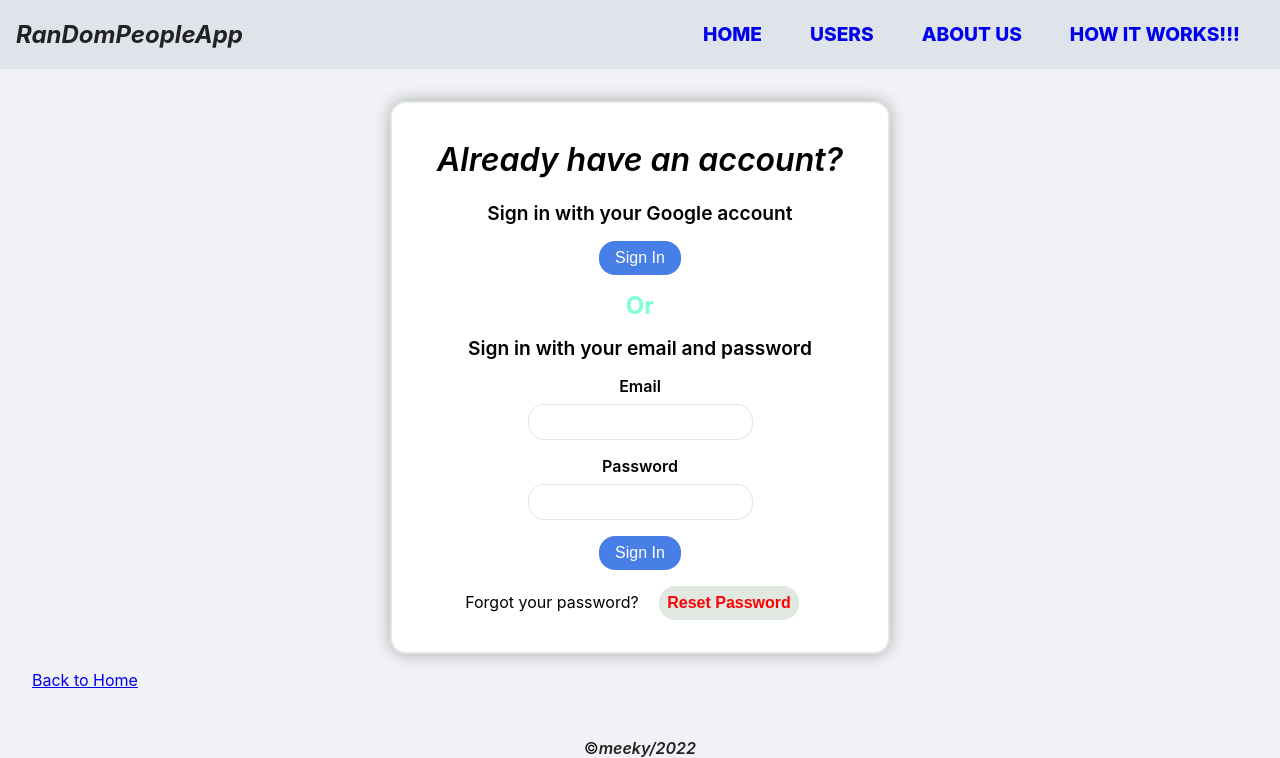
Repository: MikkyPrestige/RandomProfiles
Page: /profileDisplay
The author's editor kept a copy of each file at every save. The page is drawn from the files as they stood at one save, then again after the next save.
The browser window is 1280 px wide. The pictures show the whole page.
The page's requests for data from a server got no answer. The project was rebuilt for these pictures with package versions that can differ from the ones it lists, and the page was loaded fresh each time. Some packages were replaced by stand-ins written for this rebuild. No one was signed in, and anything a server would have sent is missing. Also part of the build but not shown: src/assets/styles/home.css, src/components/home.jsx, src/components/users.jsx, src/assets/styles/search.css, src/components/search.jsx, src/assets/styles/help.css, src/components/help.jsx, src/assets/styles/about.css and 8 more.

Above is the page before, as saved 2022-12-05 23:34:33.

### public/index.html
<!DOCTYPE html>
<html lang="en">

<head>
  <meta charset="utf-8" />
  <link rel="icon" href="%PUBLIC_URL%/favicon.ico" />
  <meta name="viewport" content="width=device-width, initial-scale=1" />
  <meta name="theme-color" content="#000000" />
  <meta name="description" content="Web site created using create-react-app" />
  <link rel="apple-touch-icon" href="%PUBLIC_URL%/logo192.png" />
  <!--
      manifest.json provides metadata used when your web app is installed on a
      user's mobile device or desktop. See https://developers.google.com/web/fundamentals/web-app-manifest/
    -->
  <link rel="manifest" href="%PUBLIC_URL%/manifest.json" />
  <!--
      Notice the use of %PUBLIC_URL% in the tags above.
      It will be replaced with the URL of the `public` folder during the build.
      Only files inside the `public` folder can be referenced from the HTML.

      Unlike "/favicon.ico" or "favicon.ico", "%PUBLIC_URL%/favicon.ico" will
      work correctly both with client-side routing and a non-root public URL.
      Learn how to configure a non-root public URL by running `npm run build`.
    -->
  <title>AltSchool Assignment 2</title>
</head>

<body>
  <noscript>You need to enable JavaScript to run this app.</noscript>
  <div id="root"></div>
  <!--
      This HTML file is a template.
      If you open it directly in the browser, you will see an empty page.

      You can add webfonts, meta tags, or analytics to this file.
      The build step will place the bundled scripts into the <body> tag.

      To begin the development, run `npm start` or `yarn start`.
      To create a production bundle, use `npm run build` or `yarn build`.
    -->
</body>

</html>

### src/index.css
body {
  margin: 0;
  font-family: -apple-system, BlinkMacSystemFont, 'Segoe UI', 'Roboto', 'Oxygen',
    'Ubuntu', 'Cantarell', 'Fira Sans', 'Droid Sans', 'Helvetica Neue',
    sans-serif;
  -webkit-font-smoothing: antialiased;
  -moz-osx-font-smoothing: grayscale;
  background-color: #f1f2f6;
}

code {
  font-family: source-code-pro, Menlo, Monaco, Consolas, 'Courier New',
    monospace;
}

### src/App.jsx
import * as React from "react";
import { ErrorBoundary } from "react-error-boundary";
import { Route, Routes } from "react-router-dom";
import {
  Layout,
  Home,
  Users,
  Search,
  Help,
  About,
  Error,
  ErrorFallBack,
  Profile,
  ProfileDisplay,
  Register,
  UpdatePassword,
  Footer,
} from "./components";

const App = () => {
  return (
    <div className="App">
      <main>
        <ErrorBoundary FallbackComponent={ErrorFallBack}>
          <Layout />
          <Routes>
            <Route path="/" element={<Home />} />
            <Route path="users">
              <Route index element={<Users />} />
              <Route path=":id" element={<Search />} />
            </Route>
            <Route path="profile" element={<Profile />} />
            <Route path="profileDisplay" element={<ProfileDisplay />} />
            <Route path="register" element={<Register />} />
            <Route path="update" element={<UpdatePassword />} />
            <Route path="help" element={<Help />} />
            <Route path="about" element={<About />} />
            <Route path="*" element={<Error />} />
          </Routes>
        </ErrorBoundary>
        <Footer />
      </main>
    </div>
  );
};

export default App;

### src/components/index.js
export {  Layout, Back } from "./layout";
export { default as Home } from "./home";
export { default as Users } from "./users";
export { default as Search } from "./search";
export { default as Help } from "./help";
export { default as About } from "./about";
export { default as Error } from "./error";
export { default as ErrorFallBack } from "./errorFallback";
export { default as Profile } from "./profile";
export { default as ProfileDisplay } from "./profileDisplay";
export { default as Register } from "./register";
export { default as UpdatePassword } from "./update";
export { Footer } from "./avatar";

### src/components/layout.jsx
// LAYOUT COMPONENT - This component is for the App Layout that displays the Navigation bar in the app UI to the user when app is open

import { useState } from "react";
import { NavLink } from "react-router-dom";
import "../assets/styles/layout.css";

const CustomNavLink = ({ to, ...props }) => {
  let activeStyle = {
    textDecoration: 'underline',
    color: 'red',
  };

  return (
    <NavLink
      style={({ isActive }) =>
        isActive ? activeStyle : { textDecoration: 'none' }
      }
      to={to}
      end
      {...props}
    />
  );
};


const Layout = () => {

  return (
    <nav className="layout">
      <div className="app-header">
        <h1>RanDomPeopleApp</h1>
      </div>
      <div className="nav__items">
        <CustomNavLink to="/" className="nav__item">Home</CustomNavLink>
        <CustomNavLink to="profile" className="nav__item">Users</CustomNavLink>
        <CustomNavLink to="about" className="nav__item">About us</CustomNavLink>
        <CustomNavLink to="help" className="nav__item">How it works!!!</CustomNavLink>
      </div>
    </nav>
  );
}

//  Navigate back home button
const Back = () => {
  const [isHover, setIsHover] = useState(false);

  const handleMouseEnter = () => {
    setIsHover(true);
 };

  const handleMouseLeave = () => {
    setIsHover(false);
  };

  const style = {
      border: "none",
      borderRadius: ".5rem",
      padding: " .5rem",
      fontSize: "1rem",
      fontWeight: "600",
      cursor: "pointer",
      backgroundColor: isHover ? 'lightblue' : 'rgb(0, 191, 255)',
      color: isHover ? '#f00' : 'green',
    }

  return(
  <NavLink
    to="/"
    className="back__button"
  >
    <button style={style}
      onMouseEnter={handleMouseEnter}
      onMouseLeave={handleMouseLeave}
    >Go Back ← </button>
  </NavLink>
  );
};

export { Layout, Back };

### src/components/profileDisplay.jsx
import { useEffect, useState } from "react";
import { Link } from "react-router-dom";
import {
  auth,
  provider,
  signInWithRedirect,
  onAuthStateChanged,
  // RecaptchaVerifier,
  // signInWithPhoneNumber,
  signInWithEmailAndPassword,
  sendPasswordResetEmail,
  signOut,
  deleteUser,
} from "../config";
import { Avatar } from "./avatar";

const ProfileDisplay = () => {
  const [user, setUser] = useState(null);
  const [email, setEmail] = useState("");
  // const [phoneNumber, setPhoneNumber] = useState("");
  const [password, setPassword] = useState("");
  const [error, setError] = useState("");
  // const [phoneError, setPhoneError] = useState("");

  useEffect(() => {
    onAuthStateChanged(auth, (user) => {
      if (user) {
        setUser(user);
      } else {
        setUser(null);
      }
    });
  }, []);

  // handle invisible RecaptchaVerifier
  // window.recaptchaVerifier = new RecaptchaVerifier( 'sign-in-btn', {
  //     'size': "invisible",
  //     'callback': (response) => {
  //       // reCAPTCHA solved, allow signInWithPhoneNumber.
  //       onSignInSubmit();
  //     }
  //   }, auth);

  // const recaptchaResponse = grecaptcha.getResponse(recaptchaWidgetId);

  // const onSignInSubmit = (e) => {
  //   e.preventDefault();
  //   const appVerifier = window.recaptchaVerifier;
  //   signInWithPhoneNumber(auth, phoneNumber, appVerifier).then(
  //     (confirmationResult) => {
  //       // SMS sent. Prompt user to type the code from the message, then sign the user in with confirmationResult.confirm(code).
  //       const code = window.prompt(
  //         "Enter the code that was sent to your mobile device."
  //       );
  //       confirmationResult
  //         .confirm(code)
  //         .then((result) => {
  //           // User signed in successfully.
  //           // const user = result.user;
  //           // ...
  //         })
  //         .catch((phoneError) => {
  //           // User couldn't sign in (bad verification code?)
  //           setPhoneError(phoneError.message);
  //         });
  //     }
  //   );
  // };

  // handle sign In
  const signIn = (e) => {
    e.preventDefault();
    signInWithRedirect(auth, provider);
  };

  // sign in with email and password
  const handleSignIn = (e) => {
    e.preventDefault();
    signInWithEmailAndPassword(auth, email, password)
      .then(() => {
        console.log("User signed in!");
      })
      .catch((error) => {
        if (error.code === "auth/wrong-password") {
          setError("Wrong password!");
        }
        if (error.code === "auth/user-not-found") {
          setError("User not found!");
        }
        console.error(error);
      });
  };

  // Send a password reset email
  const handlePasswordReset = (e) => {
    e.preventDefault();
    sendPasswordResetEmail(auth, email)
      .then(() => {
        // console.log("Password reset email sent!");
        alert("Password reset email sent!");
      })
      .catch((error) => {
        const errorCode = error.code;
        const errorMessage = error.message;
        console.error(errorMessage);
        alert(errorCode);
      });
  };

  // handle sign out
  const handleSignOut = (e) => {
    e.preventDefault();
    signOut(auth)
      .then(() => {
        console.log("User signed out!");
      })
      .catch((error) => {
        console.error(error);
      });
  };

  // handle delete user
  const handleDelete = (e) => {
    e.preventDefault();
    deleteUser(auth.currentUser)
      .then(() => {
        console.log("User deleted!");
      })
      .catch((error) => {
        console.error(error);
      });
  };

  return (
    <div className="profile">
      <div className="profile__container">
        <div className="profile__desc">
          {user ? (
            <div className="profile__user">
              <h1 className="profile__title">Profile Display</h1>
              <div className="profile__paragraph">
                <Avatar
                  image={user.photoURL}
                  style={{
                    width: "10rem",
                    height: "10rem",
                    borderRadius: "50%",
                  }}
                />
                <p className="profile__detail">
                  <strong>Signed in account name: </strong>
                  {user.displayName}
                </p>
                <p className="profile__detail">
                  <strong>Signed in email: </strong>
                  {user.email}
                </p>
              </div>
              <div className="profile__buttons">
                <Link to="/users" className="profile__link">
                  View Users
                </Link>
                <Link to="/update" className="btn__link">
                  Update Password
                </Link>
              </div>
              <div className="btn__wrapper">
                <button onClick={handleSignOut} className="btn">
                  Sign Out
                </button>
                <button onClick={handleDelete} className="btn">
                  Delete Account
                </button>
              </div>
            </div>
          ) : (
            <div className="profile__user">
              <div className="sign__wrapper">
                <h1 className="profile__title">Already have an account?</h1>
                <h2 className="sign__heading">
                  Sign in with your Google account
                </h2>
                <button onClick={signIn} className="sign__btn">
                  Sign In
                </button>
                <p className="or">Or</p>
                {/* <h2 className="sign__heading">
                  Sign in with your phone number
                </h2> */}
                {/* <form className="sign__form" id="sign-in-btn">
                  <input
                    type="tel"
                    name="phoneNumber"
                    placeholder="Enter Phone Number"
                    className="sign__input"
                    onChange={(e) => setPhoneNumber(e.target.value)}
                    required
                  />
                  <button type="submit" onClick={onSignInSubmit} className="sign__btn">
                    Sign In
                  </button>
                  {phoneError && <p className="error">{phoneError}</p>}
                </form> */}
                <h2 className="sign__heading">
                  Sign in with your email and password
                </h2>
                <form onSubmit={handleSignIn} className="sign__form">
                  <label htmlFor="email" className="sign__label">
                    Email
                  </label>
                  <input
                    type="email"
                    name="email"
                    id="email"
                    value={email}
                    onChange={(e) => setEmail(e.target.value)}
                    className="sign__input"
                  />

                  <label htmlFor="password" className="sign__label">
                    Password
                  </label>
                  <input
                    type="password"
                    name="password"
                    id="password"
                    value={password}
                    onChange={(e) => setPassword(e.target.value)}
                    className="sign__input"
                  />
                  {error && <p className="error">{error}</p>}
                  <button type="submit" className="sign__btn">
                    Sign In
                  </button>
                </form>
                <div>
                  <span>Forgot your password? </span>
                  <button onClick={handlePasswordReset} className="btn">
                    Reset Password
                  </button>
                </div>
              </div>
            </div>
          )}
        </div>
      </div>
      <p className="register__text">
        <Link to="/" className="register__link">
          Back to Home
        </Link>
      </p>
    </div>
  );
};

export default ProfileDisplay;

### src/components/avatar.jsx
// AVATAR COMPONENT - This component is for the Images used in the app.

import "../assets/styles/layout.css";

export const Avatar = ({ image = "", alt = "", style = {} }) => {
  return (
    <div className="avatar">
      <img src={image} alt={alt} style={style} />
    </div>
  );
};

// FOOTER COMPONENT - for the attribution

export const Footer = () => {
  return (
    <div className="attribution">
      <footer>
        &copy;
        <a
          href="https://github.com/MeekyBerry"
          target="_blank"
          rel="noreferrer"
          className="footer"
        >
          meeky/2022
        </a>
      </footer>
    </div>
  );
};

### src/assets/styles/layout.css
.layout {
  background-color: #dfe4ea;
  padding: 0rem 1rem;
  color: #222;
  display: flex;
  align-items: center;
  justify-content: space-between;
}

.app-header {
  font-style: italic;
}

.nav__items {
  display: flex;
  align-items: center;
  list-style: none;
  flex-wrap: wrap;
}

.nav__item {
  font-size: 1.2rem;
  font-weight: 800;
  padding: 1rem 1.5rem;
  text-transform: uppercase;
}

.attribution {
  text-align: center;
}

.footer {
  color: #222;
  text-decoration: none;
  cursor: pointer;
  font-style: italic;
  font-weight: 600;
}

### src/assets/styles/users.css
.users {
  background-color: #fff;
  border: 1px solid #ccc;
  border-radius: 0.5rem;
  padding: 1rem;
  margin: 1rem;
}

.users__heading {
  text-align: center;
  text-transform: uppercase;
  font-size: 1.5rem;
  font-weight: bold;
  margin-bottom: 1rem;
}

/* TOP BUTTON  */
.top__btn {
  display: flex;
  justify-content: space-between;
  align-items: center;
  margin-bottom: 1rem;
}

.cta {
  background-color: #fff;
  border: 1px solid #ccc;
  border-radius: 1rem;
  padding: 0.5rem;
  margin: 1rem;
  font-size: 1rem;
  font-weight: bold;
  cursor: pointer;
}

.page__num {
  background-color: #7fffd4;
  color: #fff;
  border: none;
  border-radius: 50%;
  padding: 0.5rem;
  font-size: 1.5rem;
  font-weight: bold;
  cursor: pointer;
}

.users__list {
  list-style: none;
  padding: 2rem;
  margin: 1rem auto;
  width: 85%;
  display: grid;
  grid-template-columns: repeat(3, minmax(200px, 1fr));
  grid-gap: 3rem;
}

.user__items {
  padding: 1rem;
  border-bottom: 1px solid #ccc;
}

.user__item {
  background-color: #fff;
  border: 1px solid #ccc;
  border-radius: 0.5rem;
  padding: 1rem;
}

.user__img {
  width: 80%;
  border-radius: 10%;
  margin-left: 1rem;
}

/* BUTTON BELOW */
.bottom__btn {
  display: flex;
  justify-content: center;
  align-items: center;
}

.btn {
  background-color: #1e90ff;
  color: #f1f2f6;
  border: none;
  border-radius: 1rem;
  padding: 0.5rem 1rem;
  margin: 1rem;
  font-size: 1rem;
  font-weight: bold;
  cursor: pointer;
}

.active:hover {
  background-color: #ced6e0;
  color: #1e90ff;
}

.active:active {
  background-color: #70a1ff;
  color: #ced6e0;
}

.btn__array {
  padding: 0.5rem;
  margin: 0.5rem;
  font-size: 1rem;
  font-weight: bold;
  border-radius: 0.5rem;
  border: none;
  cursor: pointer;
}

.pagination {
  text-align: center;
}

.search__box {
  display: flex;
  justify-content: center;
  align-items: center;
}

.search__link {
  background-color: #fff;
  border: 1px solid #ccc;
  color: #1e90ff;
  border-radius: 1rem;
  width: 18rem;
  padding: 0.5rem;
  margin: 1rem;
  font-size: 1rem;
  font-weight: bold;
  cursor: pointer;
  text-align: center;
  text-decoration: none;
  animation: search 1s ease-in-out infinite;
}

.search__link:hover {
  background-color: #1e90ff;
  color: #fff;
  animation: none;
}

.search__link:active {
  background-color: #70a1ff;
  color: #fff;
  animation: none;
}

@keyframes search {
  0% {
    transform: scale(1);
  }

  50% {
    transform: scale(1.2);
  }

  100% {
    transform: scale(1);
  }
}

### src/config/index.js
// Import the functions you need from the SDKs you need
import { initializeApp } from "firebase/app";
import {
  getAuth,
  signInWithRedirect,
  GoogleAuthProvider,
  getRedirectResult,
  onAuthStateChanged,
  createUserWithEmailAndPassword,
  // RecaptchaVerifier,
  // signInWithPhoneNumber,
  signInWithEmailAndPassword,
  sendPasswordResetEmail,
  updatePassword,
  signOut,
  deleteUser,
} from "firebase/auth";

// web app's Firebase configuration
const firebaseConfig = {
  apiKey: "AIzaSyCfrfw6chi091bWLqJvanxAUTxgJ5XqEu0",
  authDomain: "random-people-app.firebaseapp.com",
  projectId: "random-people-app",
  storageBucket: "random-people-app.appspot.com",
  messagingSenderId: "1097586453252",
  appId: "1:1097586453252:web:4575afe7663a752ae77e51",
};

// Initialize Firebase
const app = initializeApp(firebaseConfig);
// Setup Google auth provider
const provider = new GoogleAuthProvider();

const auth = getAuth();

export {
  app,
  provider,
  auth,
  signInWithRedirect,
  getRedirectResult,
  onAuthStateChanged,
  createUserWithEmailAndPassword,
  // RecaptchaVerifier,
  // signInWithPhoneNumber,
  signInWithEmailAndPassword,
  sendPasswordResetEmail,
  updatePassword,
  signOut,
  deleteUser,
};

### src/assets/styles/profile.css
.profile {
  padding: 2rem;
  height: 100%;
}

.or {
  font-size: 1.5rem;
  color: #7fffd4;
  font-weight: bold;
  margin: 1rem 0;
}

.profile__container {
  display: flex;
  flex-direction: column;
  align-items: center;
  justify-content: center;
}

.profile__desc {
  text-align: center;
  max-width: 500px;
  width: 100%;
}

.profile__user {
  background-color: #fff;
  border: 2px solid #e1e8e1;
  border-radius: 1rem;
  box-shadow: 0 0 1rem rgba(0, 0, 0, 0.3);
  padding: 1rem 0;
}

.profile__title {
  font-size: 2rem;
  font-weight: 600;
  font-style: oblique;
}

.profile__paragraph {
  margin: 2rem 0;
}

.profile__detail {
  font-size: 1.2rem;
  font-weight: 400;
}

.profile__link {
  font-size: 1.2rem;
  font-weight: 600;
  background-color: #0651dd;
  color: #f1f2f6;
  padding: 0.4rem;
  border-radius: 0.5rem;
  text-decoration: none;
}

.profile__link:hover {
  background-color: #1550bd;
  color: #fff;
  text-decoration: underline;
}

.profile__buttons {
  display: flex;
  flex-direction: column;
  align-items: center;
  gap: .5rem;
}

.btn__wrapper {
  display: flex;
  justify-content: center;
  align-items: center;
  gap: 5rem;
  margin-top: .5rem;
}

.btn__link {
  font-size: 1.3rem;
  font-weight: 600;
  color: green;
  text-decoration: none;
}

.btn__link:hover {
  text-decoration: underline;
}

.btn {
  background-color: #e1e8e1;
  color: red;
  border: none;
  border-radius: 1rem;
  padding: .5rem;
  font-size: 1rem;
  cursor: pointer;
}

.btn:hover {
  background-color: #d1d8d1;
  color: #0651ddbb;
}

.btn:active {
  background-color: #c1c8c1;
  color: #0651ddbb;
}

.sign__btn {
  background-color: #0651ddbb;
  color: #fff;
  border: none;
  border-radius: 1rem;
  padding: .5rem 1rem;
  font-size: 1rem;
  cursor: pointer;
}

.sign__btn:hover {
  background-color: #0651dd;
  color: #fff;
}

.sign__btn:active {
  background-color: #0651dd;
  color: #fff;
}

.sign__heading {
  font-size: 1.2rem;
  font-weight: 600;
  text-align: center;
  margin-bottom: 1rem;
}

.sign__form {
  display: flex;
  flex-direction: column;
  justify-content: center;
  align-items: center;
}

.sign__label {
  font-size: 1rem;
  font-weight: 600;
  margin-bottom: .5rem;
}

.sign__input {
  border: 1px solid #e1e8e1;
  border-radius: 1rem;
  padding: .5rem;
  font-size: 1rem;
  margin-bottom: 1rem;
}

.sign__input:focus {
  outline: none;
}

.register__container {
  margin-top: 2rem;
  border-top: 1px solid #ccc;
}

.register__title {
  font-size: 1.5rem;
  font-weight: 600;
}

.register__group {
  display: flex;
  justify-content: center;
  align-items: center;
  gap: 1rem;
  margin: 1rem;
}

.register__label {
  font-size: 1rem;
  font-weight: 600;
}

.register__input {
  border: 1px solid #e1e8e1;
  border-radius: 1rem;
  padding: .5rem;
  font-size: 1rem;
}

.register__input:focus {
  outline: none;
}

.error {
  color: red;
  font-size: 1rem;
  font-weight: 600;
  margin-top: -.8rem;
}

Loaded but not shown: src/index.js (common file)

After the next save:
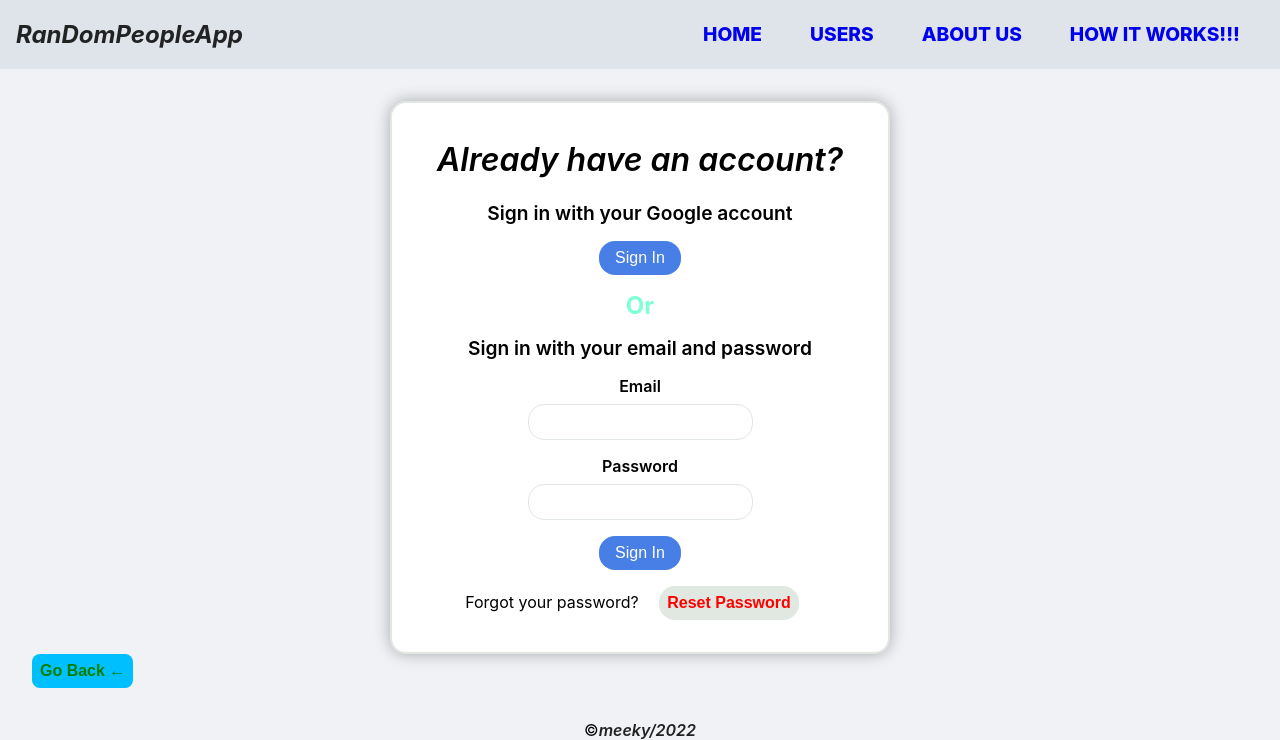
Saved 82 s later.
--- a/src/components/profileDisplay.jsx
+++ b/src/components/profileDisplay.jsx
@@ -13,6 +13,7 @@ import {
   deleteUser,
 } from "../config";
 import { Avatar } from "./avatar";
+import { Back } from "./layout";
 
 const ProfileDisplay = () => {
   const [user, setUser] = useState(null);
@@ -244,11 +245,7 @@ const ProfileDisplay = () => {
           )}
         </div>
       </div>
-      <p className="register__text">
-        <Link to="/" className="register__link">
-          Back to Home
-        </Link>
-      </p>
+      <Back />
     </div>
   );
 };
